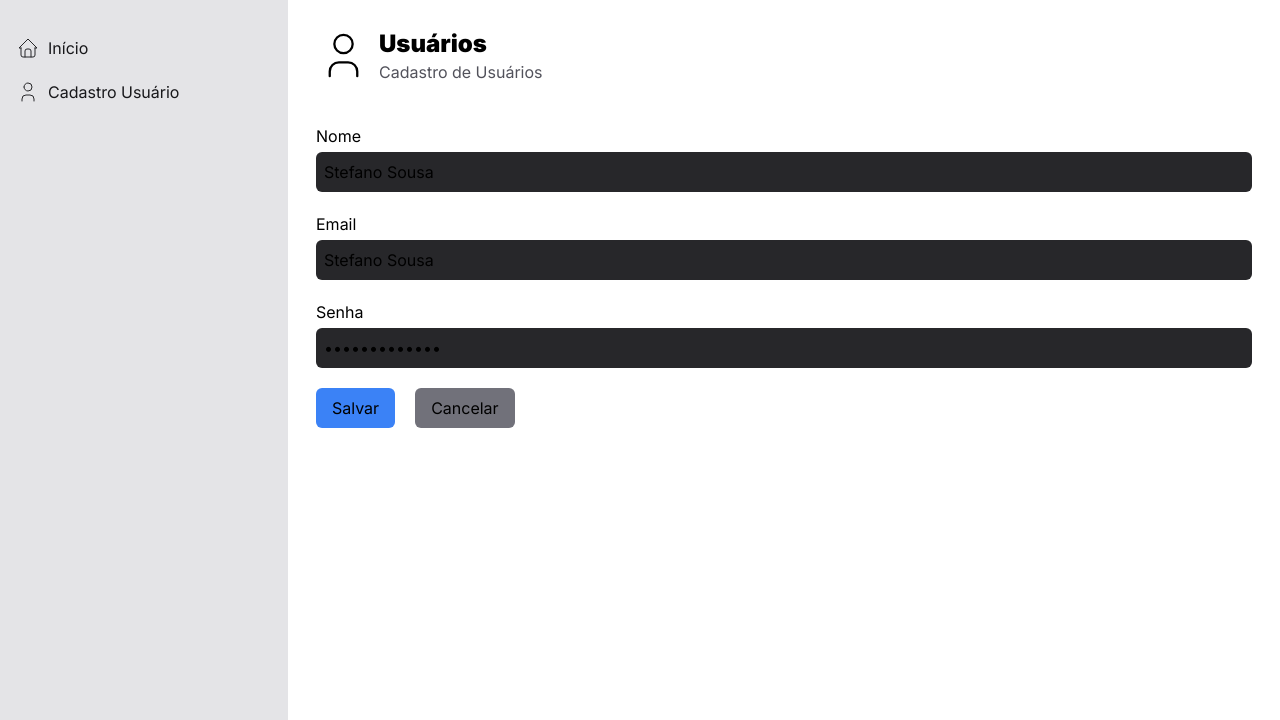
Repository: stefanosousaa/app-bd
Page: /usuarios
An editor plug-in stored every save of this project. The page is shown before and after the next save, followed by the edit.
The browser window is 1280 px wide. The pictures show the whole page.
The project was rebuilt for these pictures with package versions that can differ from the ones it lists, and the page was loaded fresh each time. The framework's server and built-in components were replaced by stand-ins that run in the browser. Also part of the build but not shown: next.config.mjs.

Above is the page before, as saved 2024-05-26 00:33:38.

After the next save:
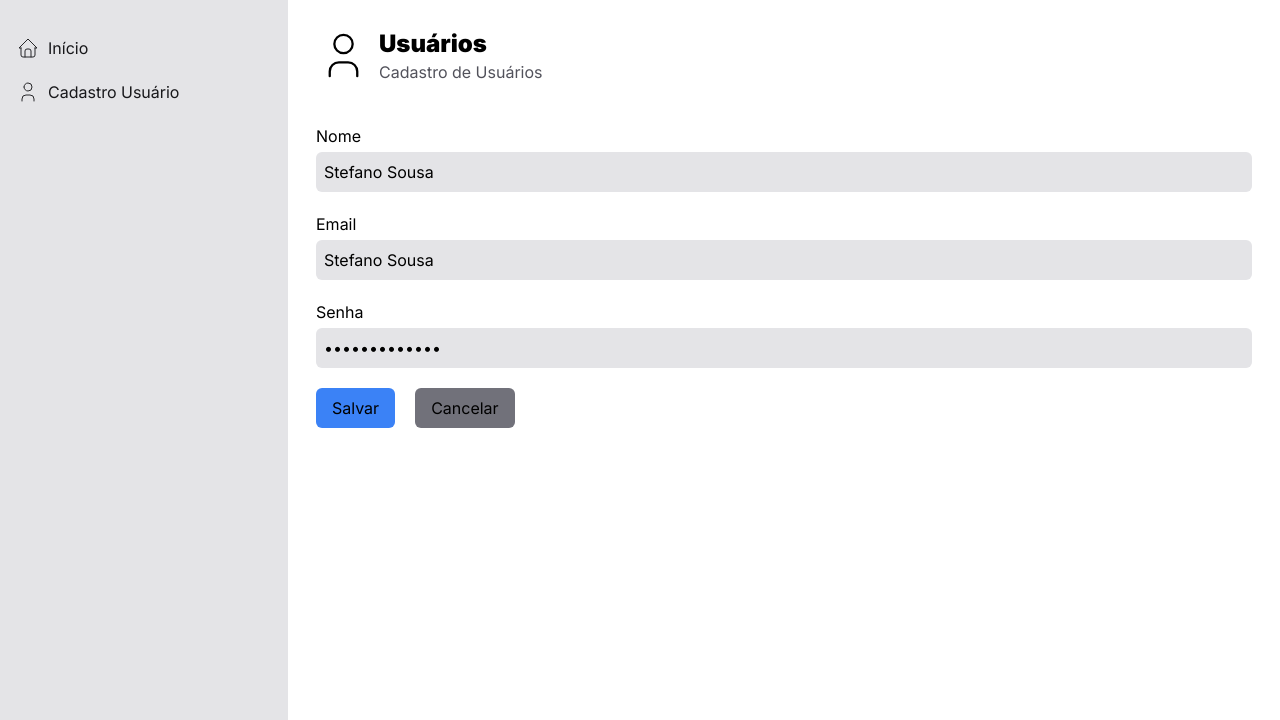
Saved 22 s later.
--- a/src/app/components/shared/InputTexto.tsx
+++ b/src/app/components/shared/InputTexto.tsx
@@ -11,7 +11,7 @@ export default function InputTexto(props: InputTextoProps){
         <div className="flex flex-col gap-1 ">
             <label>{props.label}</label>
             <input {...props}
-            className="bg-zinc-800 p-2 rounded-md outline-none"
+            className="bg-zinc-200 p-2 rounded-md outline-none"
             />
         </div>
     )
